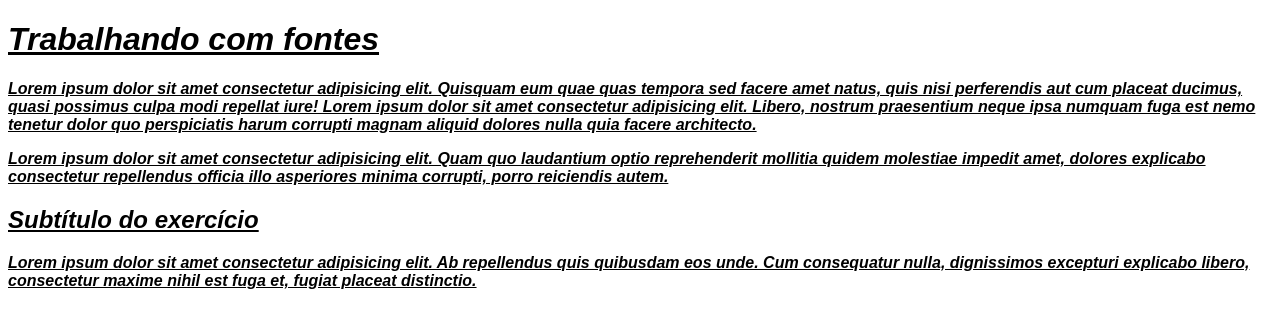
Repository: pheonix5/Estudo
Page: html-css/exercicios/ex017/fonte01.html
The author's editor kept a copy of each file at every save. The page is drawn from the files as they stood at one save, then again after the next save.
The browser window is 1280 px wide. The pictures show the whole page.

Above is the page before, as saved 2023-08-12 01:06:41.

After the next save:
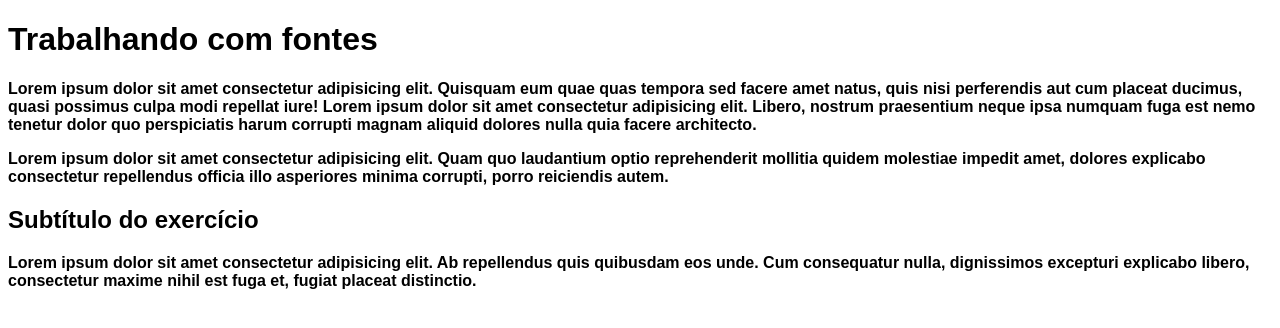
Saved 19 s later.
--- a/html-css/exercicios/ex017/fonte01.html
+++ b/html-css/exercicios/ex017/fonte01.html
@@ -18,8 +18,6 @@
       */
       font-size: 1em;
       font-weight: bold;
-      font-style: italic;
-      text-decoration: underline;
       /* lighter normal bold bolder */
     }
   </style>
